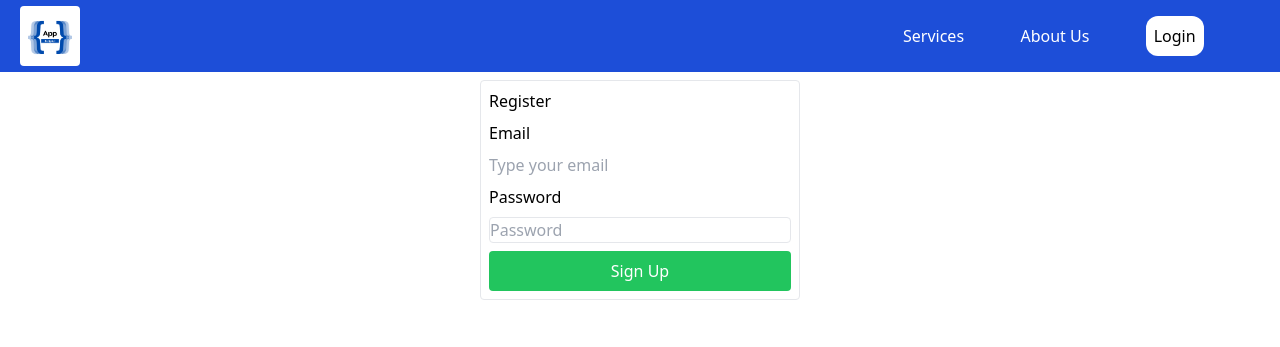
Repository: Cotizacionact/appscriptersvelte
Page: /Auth
These files come from the project's save history. The page is drawn as it stood at one moment and after the next save; the edit follows.
The browser window is 1280 px wide. The pictures show the whole page.
The page's requests for data from a server got no answer. The project was rebuilt for these pictures with package versions that can differ from the ones it lists, and the page was loaded fresh each time. The framework's server and built-in components were replaced by stand-ins that run in the browser. No one was signed in, and anything a server would have sent is missing. Also part of the build but not shown: svelte.config.js, vite.config.ts.

Above is the page before, as saved 2023-08-20 02:15:22.

After the next save:
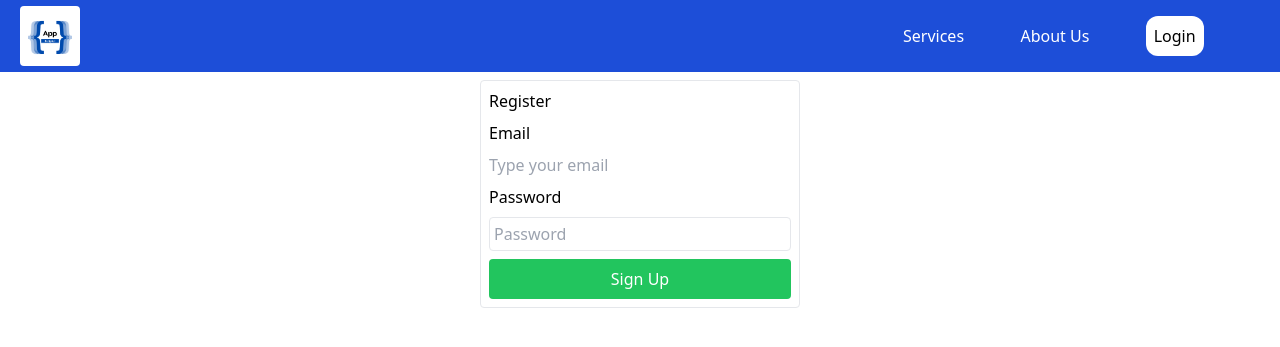
Saved 5 s later.
--- a/src/routes/Auth/register.svelte
+++ b/src/routes/Auth/register.svelte
@@ -8,7 +8,7 @@
         <label for="email">Email</label>
         <input type="text" name="email" id="email" placeholder="Type your email"/>
         <label for="password">Password</label>
-        <input class="rounded border" type="password" name="password" id="password" placeholder="Password"/>
+        <input class="rounded border p-1" type="password" name="password" id="password" placeholder="Password"/>
         <button class="bg-green-500 text-white p-2 rounded hover:bg-green-700 active:bg-green-900">Sign Up</button>
     </form>
 </main>
